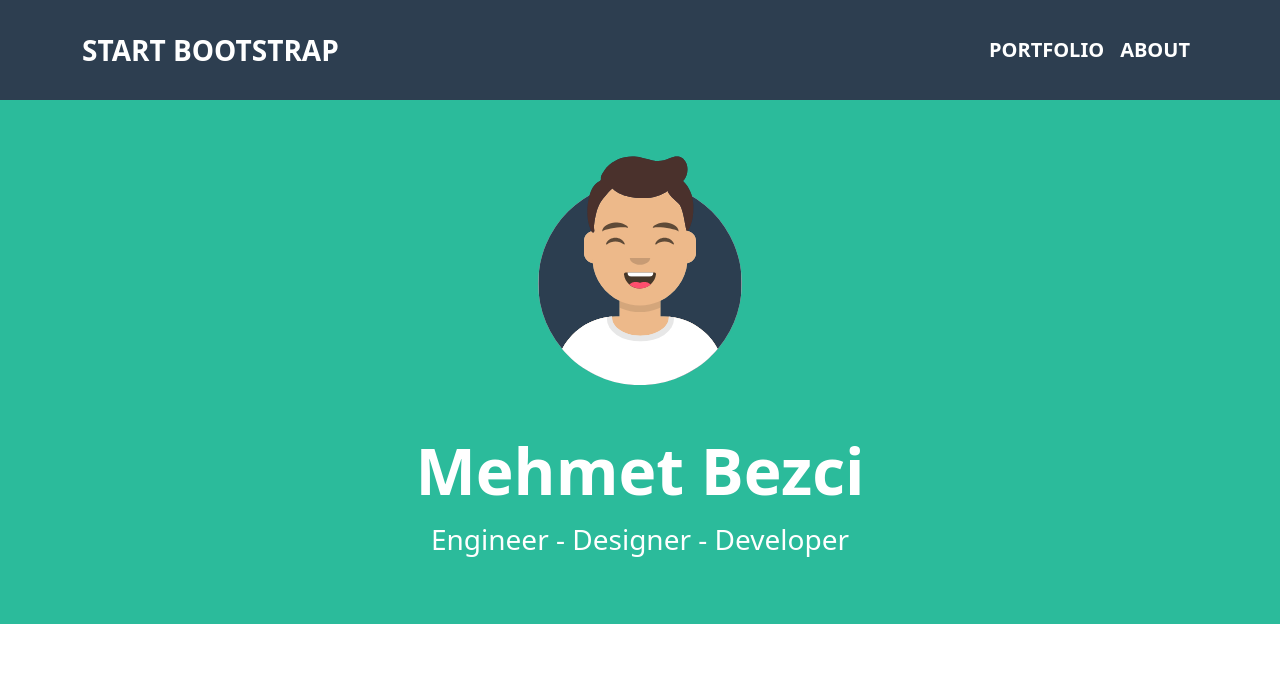
Repository: 7JaxeN7/WT-1255P-Mehmet_BEZC-
Page: index.html
These files come from the project's save history. The page is drawn as it stood at one moment and after the next save; the edit follows.
The browser window is 1280 px wide. The pictures show the whole page.

Above is the page before, as saved 2025-01-06 21:12:56.

### index.html
<!DOCTYPE html>
<html lang="tr">

<head>
  <meta charset="UTF-8">
  <meta name="viewport" content="width=device-width, initial-scale=1.0">
  <link rel="stylesheet" href="style.css">
  <link href="https://cdn.jsdelivr.net/npm/bootstrap@5.3.3/dist/css/bootstrap.min.css" rel="stylesheet"
    integrity="sha384-QWTKZyjpPEjISv5WaRU9OFeRpok6YctnYmDr5pNlyT2bRjXh0JMhjY6hW+ALEwIH" crossorigin="anonymous">
  <title>Start Bootstrap</title>
</head>

<body>
  <!-- Navbar -->
  <header>
    <nav class="navbar navbar-expand-lg navbar-bg">
      <div class="container pt-3 pb-3">
        <a class="navbar-brand text-white fw-bolder fs-3" href="#">START BOOTSTRAP</a>
        <button class="navbar-toggler" type="button" data-bs-toggle="collapse" data-bs-target="#navbarNav"
          aria-controls="navbarNav" aria-expanded="false" aria-label="Toggle navigation">
          <span class="navbar-toggler-icon"></span>
        </button>
        <div class="collapse navbar-collapse" id="navbarNav">
          <ul class="navbar-nav ms-auto">
            <li class="nav-item">
              <a class="nav-link text-white fw-bolder fs-5" href="#">PORTFOLIO</a>
            </li>
            <li class="nav-item">
              <a class="nav-link text-white fw-bolder fs-5" href="#">ABOUT</a>
            </li>
          </ul>
        </div>
      </div>
    </nav>
  </header>
  <!-- Herosection -->
   <div class="herosection-bg pt-5 pb-5">
    <div class="container text-center">
      <img src="/assets/img/avataaars.svg" width="20%"/>
    <h1 class="mt-5 text-white fw-bolder display-3">Mehmet Bezci</h1>
    <p class="text-white fs-3">Engineer - Designer - Developer</p>
    </div>
   </div>
  <!-- Burası bootstrap script kısmı -->
  <script src="https://cdn.jsdelivr.net/npm/bootstrap@5.3.3/dist/js/bootstrap.bundle.min.js"
    integrity="sha384-YvpcrYf0tY3lHB60NNkmXc5s9fDVZLESaAA55NDzOxhy9GkcIdslK1eN7N6jIeHz"
    crossorigin="anonymous"></script>
</body>

</html>

### style.css
.navbar-bg {
  background-color: #2d3e50 !important;
}
.herosection-bg{
    background-color: #2bbb9b ;
}

After the next save:
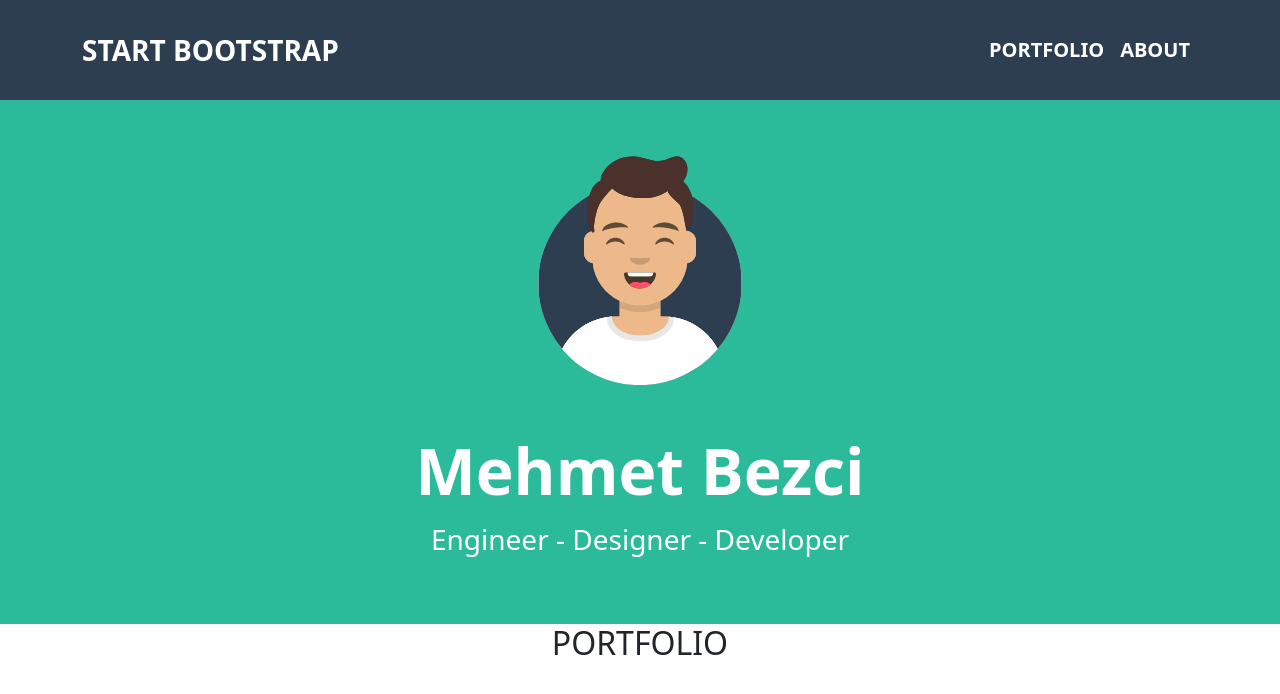
Saved 5 min 32 s later.
--- a/index.html
+++ b/index.html
@@ -41,6 +41,10 @@
     <p class="text-white fs-3">Engineer - Designer - Developer</p>
     </div>
    </div>
+   <!-- Portfolio -->
+    <div class="portfolio-section">
+      <h2 class="text-center">PORTFOLIO</h2>
+    </div>
   <!-- Burası bootstrap script kısmı -->
   <script src="https://cdn.jsdelivr.net/npm/bootstrap@5.3.3/dist/js/bootstrap.bundle.min.js"
     integrity="sha384-YvpcrYf0tY3lHB60NNkmXc5s9fDVZLESaAA55NDzOxhy9GkcIdslK1eN7N6jIeHz"
